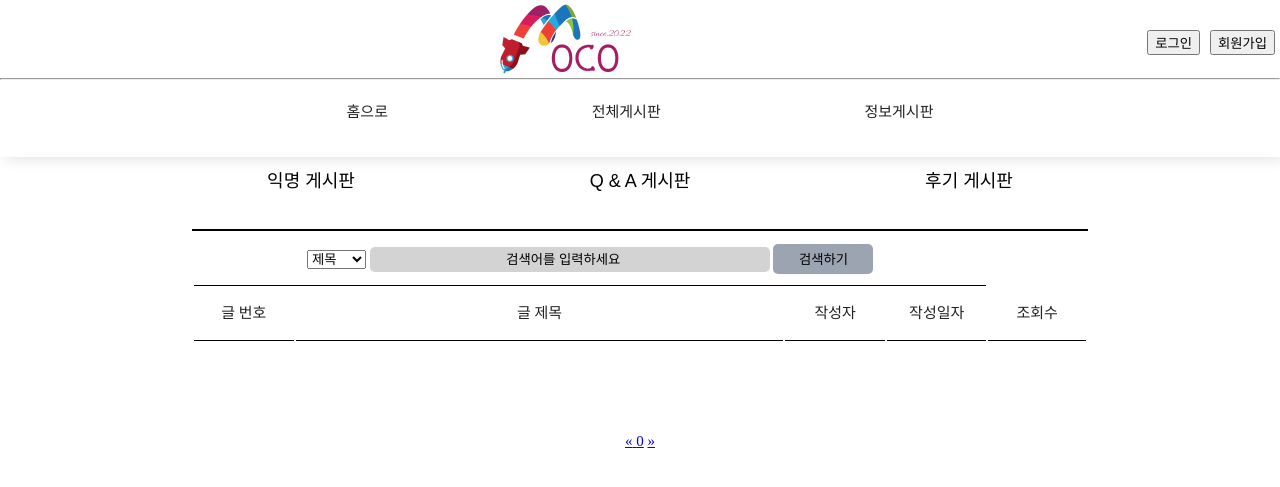
Repository: Pmyjava/mocosemi
Page: http://localhost/moco_SemiProject/WEB-INF/views/board/boardListQNA.jsp
An editor plug-in stored every save of this project. The page is shown before and after the next save, followed by the edit.
The browser window is 1280 px wide. The pictures show the whole page.
The page is served by Tomcat 9. Nobody is signed in. Other server files are loaded and not shown. The template is opened directly, without the code that normally fills it, so the values that code supplies are empty.

Above is the page before, as saved 2022-11-23 02:12:55.
Console error: SyntaxError: Unexpected token ';'

### Semi_project2/moco_SemiProject/src/main/webapp/WEB-INF/views/board/boardListQNA.jsp
<%@ page language="java" contentType="text/html; charset=UTF-8"
    pageEncoding="UTF-8"%>
<%@ taglib prefix="c" uri="http://java.sun.com/jsp/jstl/core" %>
<!DOCTYPE html>
<html lang="en">
<head>
    <meta charset="UTF-8">
    <meta http-equiv="X-UA-Compatible" content="IE=edge">
    <meta name="viewport" content="width=device-width, initial-scale=1.0">
    <title>게시판</title>
    <style>
        .table{margin: auto;}
        .table td{width: 100px; text-align: center; height: 50px;}
        .table th{width: 150px; text-align: center; width: 325px;}
        #BoardListT{border-top: 2px solid black; width: 70%; }
        #BoardListT td{border-bottom: 1.5px solid black; width: 100px; height: 50px;}
        #BoardListT th{width: 150px; text-align: center; width: 325px;}

        button{border: none;}
        #unknown{background-color: white; font-size: 18px; font-weight: 400;}
        #qNa{background-color: white; font-size: 18px; font-weight: 400;}
        #review{background-color: white; font-size: 18px; font-weight: 400;}
        #boardWrite{border: none; background-color: rgba(149, 156, 171, 0.925); color: black; border-radius: 10px;
                    height: 35px; width: 150px; text-align:center;
        }
        #boardWrite:hover{background-color: darkblue; color: white;}

        #searchText{border: none; width: 400px; height: 25px; border-radius: 5px; background-color: lightgray;}
        #searchText::placeholder{text-align: center; color: black;}

        #searchBtn{width: 100px; height: 30px; border: none; border-radius: 5px; background-color: rgba(149, 156, 171, 0.925);}
        #searchBtn:hover{background-color: darkblue; color: white;}

        #number{text-align: center;}
        #header{border: 1px solid black;}
        #footD{border: 1px solid black;}

		 .page{
		  text-align: center;  // div 사이즈 영역 안에서의 center
		  width: 50%;}

		.pagination {
		  list-style: none;
		  display: inline-block;
		  padding: 0;
		  margin-top: 20px;}

		.pagination li {
		  display: inline;
		  text-align: center;}

		// 숫자들에 대한 스타일 지정
		.pagination a {
		  float: left;
		  display: block;
		  font-size: 14px;
		  text-decoration: none;
		  padding: 5px 12px;
		  color: #96a0ad;
		  line-height: 1.5;}

		.first{
		  margin-right: 15px;}

		.last{
		  margin-left: 15px;}

		.first:hover, .last:hover, .left:hover, .right:hover{
		  color: #2e9cdf;}

		.pagination a.active {
		  cursor: default;
		  color: #ffffff;}

		.pagination a:active {
		  outline: none;}

		.modal .num {
		  margin-left: 3px;
		  padding: 0;
		  width: 30px;
		  height: 30px;
		  line-height: 30px;
		  -moz-border-radius: 100%;
		  -webkit-border-radius: 100%;
		  border-radius: 100%;}

		.modal .num:hover {
		  background-color: #2e9cdf;
		  color: #ffffff;}

		.modal .num.active, .modal .num:active {
		  background-color: #2e9cdf;
		  cursor: pointer;}

		.arrow-left {
		  width: 0;
		  height: 0;
		  border-top: 10px solid transparent;
		  border-bottom: 10px solid transparent;
		  border-right:10px solid blue; }


    </style>
</head>
<body>
	<header>
    	<jsp:include page="/WEB-INF/views/main/nav.jsp"/>
    </header>
    <br><br><br><br><br><br>
    <hr>
        <div class="BoardList">
        <table class="table" id="CategoryT">
            <tr style="height: 50px;">
            <c:if test="${ !empty loginUser }">
	            <th>
	                <button type="button" id="boardWrite"
	                  onclick="location.href='${contextPath}/boardWrite.bo'">
	                  + &emsp;게시글 작성
	                  </button>
               	</th>
	         </c:if>
	            <th><button type="button" id="unknown" onclick="loaction.href='${contextPath}/boardUnKnown.bo'"> 익명 게시판</button></th>
	            <th><button type="button" id="qNa" onclick="loaction.href='${contextPath}/boardQNA.bo'"> Q & A 게시판</button></th>
	            <th><button type="button" id="review" onclick="loaction.href='${contextPath}/boardReview.bo'"> 후기 게시판</button></th>
            </tr>
        </table>
        <br>
        <table class="table" id="BoardListT">
            <tr style="height: 50px;">
                <td colspan="4">
                	<select>
                		<option value="title">제목</option>
                		<option value="contect">내용</option>
                		<option value="writer">작성자</option>
                	</select>
                    <input type="search" id="searchText" name="searchName" placeholder="검색어를 입력하세요">
                    <button type="button" id="searchBtn">검색하기</button>
                </td>
            </tr>
            <tr>
                <td>글 번호</td>
                <td style="width: 500px;">글 제목</td>
                <td>작성자</td>
                <td>작성일자</td>
                <td>조회수</td>
            </tr>
             <tbody id="selectTbody">
	         	<c:forEach items="${ list }" var="b">
		          			<tr>
		            			<td>${ b.boardNum }</td>
		            			<td>${ b.boardCategory }</td>
		            			<td>${ b.boardTitle }</td>
		            			<td>${ b.nickName }</td>
				                <td>${ b.boardModifyDate }</td>
				                <td>${ b.boardView }</td>
		          			</tr>
		          </c:forEach>
	          </tbody>
        </table>
    </div>
    <br><br><br>
    	<div class="page">
        	<ul class="pagination">
	            <li class="page-item">
	            	<c:url var="goBack" value="${ loc }">
	            		<c:param name="page" value="${ pi.currentPage-1 }"></c:param>
	            	</c:url>
	            	<a class="page-link" href="${ goBack }" aria-label="Previous">
	            		<span aria-hidden="true">&laquo;</span>
	              	</a>
	            </li>
	            <c:forEach begin="${ pi.startPage }" end="${ pi.endPage }" var="p">
	            	<c:url var="goNum" value="${ loc }">
	            		<c:param name="page" value="${ p }"></c:param>
	            	</c:url>
		            <li class="page-item"><a class="page-link" href="${ goNum }">${ p }</a></li>
	            </c:forEach>
	            <li class="page-item">
            	    <c:url var="goNext" value="${ loc }">
	            		<c:param name="page" value="${ pi.currentPage+1 }"></c:param>
	            	</c:url>
	            	<a class="page-link" href="#" aria-label="Next">
	            		<span aria-hidden="true">&raquo;</span>
	            	</a>
	            </li>
	    	</ul>
	    </div>
	<script>
		window.onload = () =>{
			const tbody = document.querySelector('tbody');
			const tds = tbody.querySelectorAll('td');
			for(const td of tds){
				td.addEventListener('click', function(){
					const trTds = this.parentElement.querySelectorAll('td');
					const boardId = trTds[0].innerText;
					const writer = trTds[2].innerText;
					location.href='${contextPath}/selectBoard.bo?bId=' + boardId + '&writer=' + writer + '&page=' + ${pi.currentPage};
				});
			}
		}
	</script>
</body>
</html>

### Semi_project2/moco_SemiProject/src/main/webapp/WEB-INF/views/main/nav.jsp
<%@ page language="java" contentType="text/html; charset=UTF-8"
    pageEncoding="UTF-8"%>
<%@ taglib prefix="c" uri="http://java.sun.com/jsp/jstl/core" %>

<!DOCTYPE html>
<html lang="ko">
<head>
    <meta charset="UTF-8">
    <meta http-equiv="X-UA-Compatible" content="IE=edge">
    <meta name="viewport" content="width=device-width, initial-scale=1.0">
    <title>nav</title>
    <style>
    	body {
			    margin: 0;
			    color: #222;
			    line-height: 1.5em;
			    font-size: 15px;
			    background-color: white;
			    font-weight: 300;
			}

		header {
			    font-weight: normal;
			    background: white;
			    box-shadow: 5px 0 15px rgba(0, 0, 0, 0.15);
			    width: 100%;
			    position: fixed;
			      top: 0;
			 	 left: 0;
			 	 right: 0;
			 	z-index: 555;
			}
		.navlogin input{
				margin: 5px;
			}
		.navlogin p{
			margin-top: -100px;
			text-align: right;
		}
		#login{
				margin-top: 30px;
				float:right;
			}

		#enroll{
				margin-top: 30px;
				float:right;
			}

		nav {
			    /* border: 1px solid red; */
			    width: 100%;
			    margin: auto;
			}

		nav > div {
			    /* border: 1px solid #000; */
			    height: 70px;
			    line-height: 50px;
			}
		.gnb a {
			    text-decoration: none;
			    color: #222;
			}

		.gnb {
			    display: inline-block;
			    width: 100%;
			    text-align: center;
			}

		.gnb a {
			    margin: 100px;
			}
    </style>
</head>
<body>
	<c:set value="${ pageContext.servletContext.contextPath }" var="contextPath" scope="application"/>
        <!-- header 영역 -->
        <header>
            <!-- 상단 nav bar -->
            <nav>
            	<!-- 제목, 로그인 -->
            	<div style="text-align:center" class="navlogin">
            		<a href="${contextPath }">
            			<img src="resources/assets/moco.png" id="logo">
            		</a>
            		<!-- 로그인 아닐시 -->
            		<c:if test="${ empty loginUser }">
            			<input type="button" id = "enroll" onclick="location.href='${contextPath}/enrollView.me'" value="회원가입"/>
            			<input type="button" id = "login" onclick="location.href='${contextPath}/loginView.me'" value="로그인"/>
            		</c:if>
            		<!-- 로그인 일시 -->
            		<c:if test="${ !empty loginUser }">
            			<p>
            				${ loginUser.memberNickName }님 환영합니다.
            				<button type="button" onclick="location.href='${contextPath}/logout.me'">로그아웃</button>
            			</p>
            		</c:if>
            	</div>
            	<hr>
                <!-- 목차 -->
                <div class="gnb">
                    <a href="${contextPath }">홈으로</a>
                    <a href="${contextPath }/list.bo">전체게시판</a>
                    <a href="${contextPath }/infoList.in">정보게시판</a>
                    <!-- 로그인이 아닐시 -->
                    <c:if test="${ empty loginUser }">
                    	<a href="#" style="display:none">마이페이지</a>
                    </c:if>
                    <!-- 로그인 일시 -->
                     <c:if test="${ !empty loginUser }">
                     	<!-- 일반회원일시. -->
                     	<c:if test="${loginUser.memberIsAdmin eq 'Y'}">
                     		<a href="#">관리자페이지</a>
                     	</c:if>
                    	<!-- 관리자 회원일시. -->
                     	<c:if test="${loginUser.memberIsAdmin eq 'N'}">
                     		<a href="#">마이페이지</a>
                     	</c:if>
                    </c:if>
                </div>
            </nav>
        </header>
</body>
</html>

After the next save:
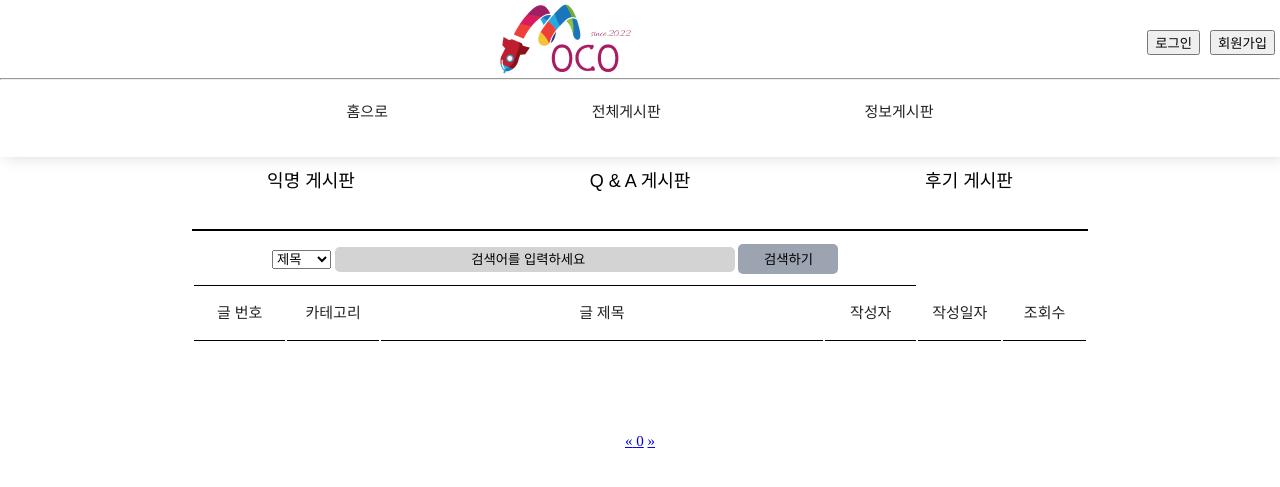
Saved 28 s later.
--- a/Semi_project2/moco_SemiProject/src/main/webapp/WEB-INF/views/board/boardListQNA.jsp
+++ b/Semi_project2/moco_SemiProject/src/main/webapp/WEB-INF/views/board/boardListQNA.jsp
@@ -140,6 +140,7 @@
             </tr>
             <tr>
                 <td>글 번호</td>
+               	<td>카테고리</td>
                 <td style="width: 500px;">글 제목</td>
                 <td>작성자</td>
                 <td>작성일자</td>
